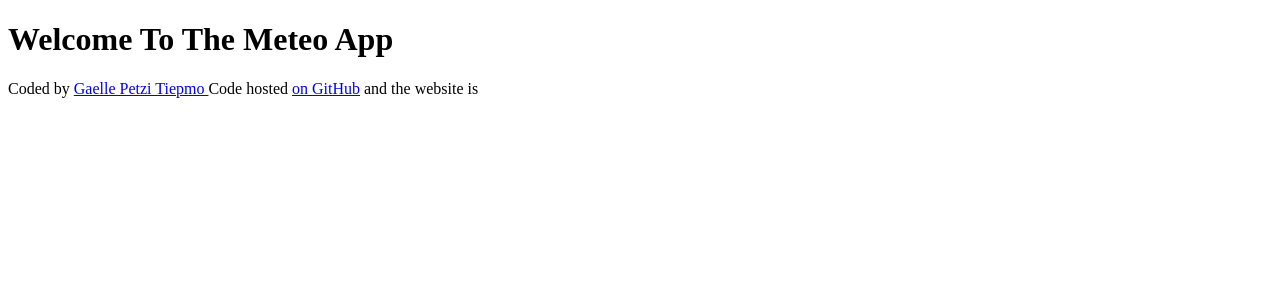
Repository: OnwardForward/meteo.by.gaelle
Page: meteo.appbygaelle.html
An editor plug-in stored every save of this project. The page is shown before and after a run of saves, followed by the edit.
The browser window is 1280 px wide. The pictures show the whole page.

Above is the page before, as saved 2024-04-18 13:16:46.

After the next 2 saves:
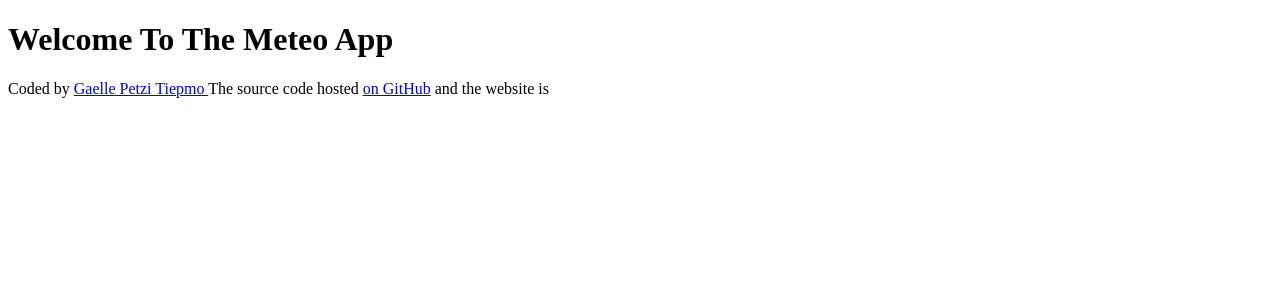
The 2 saves are shown as one change because they came seconds apart.
The last was saved 11 s later.
--- a/meteo.appbygaelle.html
+++ b/meteo.appbygaelle.html
@@ -10,7 +10,7 @@
 </body>
 <footer>
     Coded by <a href="https://github.com/OnwardForward"> Gaelle Petzi Tiepmo </a>
-    Code hosted <a href="https://github.com/OnwardForward/meteo.by.gaelle">on GitHub</a>
+    The source code hosted <a href="https://github.com/OnwardForward/meteo.by.gaelle">on GitHub</a>
     and the website is
 </footer>
 </html>
